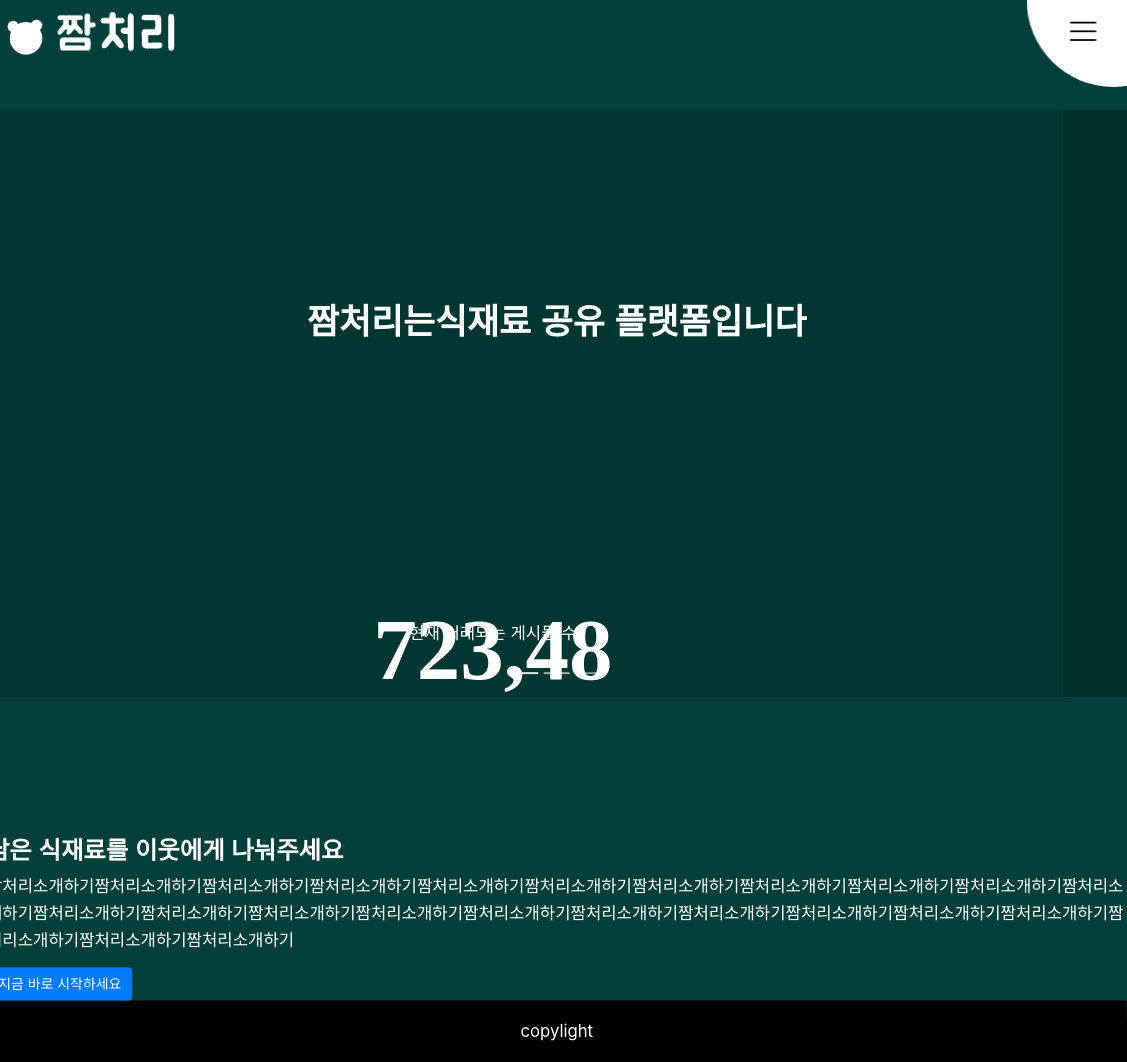
Repository: navang/JJAM_project
Page: http://localhost/jjam/jjam_intro.jsp
These files come from the project's save history. The page is drawn as it stood at one moment and after the next save; the edit follows.
The browser window is 1280 px wide. The page is 1295 px wide, so the pictures cover 1295 px, including what lies to the right of the window. The pictures show the whole page, at 87% of full size.
Some web fonts or font styles are not loaded; a fallback is used. Some web libraries are served in a nearby version. The page is served by Tomcat 9. Nobody is signed in. The application's start-up code is not run. Other server files are loaded and not shown.

Above is the page before, as saved 2019-07-18 06:38:31.

### jjam/src/main/webapp/jjam_intro.jsp
<%@ page language="java" contentType="text/html; charset=UTF-8"
    pageEncoding="UTF-8"%>
<!DOCTYPE html>

<style>
</style>
<head>
    <meta charset="UTF-8">
    <meta name="viewport" content="width=device-width, initial-scale=1.0">
    <meta http-equiv="X-UA-Compatible" content="ie=edge">

    <link rel="stylesheet" href="https://stackpath.bootstrapcdn.com/bootstrap/4.3.1/css/bootstrap.min.css"
        integrity="sha384-ggOyR0iXCbMQv3Xipma34MD+dH/1fQ784/j6cY/iJTQUOhcWr7x9JvoRxT2MZw1T" crossorigin="anonymous">
    <script src="https://code.jquery.com/jquery-3.3.1.slim.min.js"
        integrity="sha384-q8i/X+965DzO0rT7abK41JStQIAqVgRVzpbzo5smXKp4YfRvH+8abtTE1Pi6jizo"
        crossorigin="anonymous"></script>
    <script src="https://cdnjs.cloudflare.com/ajax/libs/popper.js/1.14.7/umd/popper.min.js"
        integrity="sha384-UO2eT0CpHqdSJQ6hJty5KVphtPhzWj9WO1clHTMGa3JDZwrnQq4sF86dIHNDz0W1"
        crossorigin="anonymous"></script>
    <script src="https://stackpath.bootstrapcdn.com/bootstrap/4.3.1/js/bootstrap.min.js"
        integrity="sha384-JjSmVgyd0p3pXB1rRibZUAYoIIy6OrQ6VrjIEaFf/nJGzIxFDsf4x0xIM+B07jRM"
        crossorigin="anonymous"></script>
    <!-- https://getbootstrap.com/docs/4.3/getting-started/introduction/ 부트스트랩에서 가져옴-->


    <link rel="stylesheet" href="./resources/style/main.css">

    <link rel="stylesheet" href="./resources/style/index.css">

    <script src="https://kit.fontawesome.com/825d367943.js"></script>

</head>

<body>
<label>
    <img id="logo" style="width: 60px; height: 60px; position:fixed;" src="./resources/image/character.png" alt=""><img style="margin-left: 60px; position:fixed;" src="./resources/image/JJCR_white1.png">
</label>

    <label>
        <input type="checkbox"></input>
        <span class="menu">
          <span class="hamburger"></span>
        </span>
        <ul>
          <li>
            <a href="#">Home</a>
          </li>
          <li>
            <a href="#">About</a>
          </li>
          <li>
            <a href="#">Work</a>
          </li>
          <li>
            <a href="#">Login</a>
          </li>
        </ul>
      </label>






    <!--------------------------------------------------------------->

<div class="row"> <!--전체화면 분할-->
    <div class=""></div> <!-- 상단 navbar로 인한 공백-->
    <div class=""><!-- carousel 칸-->
            <div class="carousel slide " id="myCarousel" data-ride="carousel">
                    <div class="carousel-inner">

                            <div class="carousel-item active " style="width: 100%">
                                    <img class=""  src="./resources/image/hidden.png" alt="">
                                <div  class="carousel-caption">
                                        <h1 class="bigfont">723,48</h1>
                                        <p style="font-size: 100%">현재 거래되는 게시물 수</p>
                                </div>
                            </div>
                            <div class="carousel-item">
                                    <img class=""src="./resources/image/hidden.png" alt="">
                                    <div class="carousel-caption">
                                            <h1 class="bigfont">1,000</h1>
                                            <h1 style="font-size: 100%">절약한 음식물쓰레기 비용</h1>
                                    </div>
                                </div>
                                 <div class="carousel-item w">
                                        <img class=""  src="./resources/image/hidden.png" alt="">
                                <div class="carousel-caption">
                                        <h1 class="bigfont">디비값</h1>

                                        <h1 style="font-size: 100%">설명</h1>
                                </div>
                            </div>
                        </div>
                    <!-- 좌우 버튼 -->

                    <ul class="carousel-indicators">
                            <li class="active" data-target="#myCarousel" data-slide-to="0"></li>
                            <li data-target="#myCarousel" data-slide-to="1"></li>
                            <li data-target="#myCarousel" data-slide-to="2"></li>
                        </ul>
                 </div>

    </div>

    <!-- ----------------------------- 본문 ------------------------------------------------>





    <!---------------------------------->
<div >
        <div >

             <div><h1>짬처리는식재료 공유 플랫폼입니다</h1></div>

             <div class=""><h3>남은 식재료를 이웃에게 나눠주세요</h3></div>

             <div class=""><p>짬처리소개하기짬처리소개하기짬처리소개하기짬처리소개하기짬처리소개하기짬처리소개하기짬처리소개하기짬처리소개하기짬처리소개하기짬처리소개하기짬처리소개하기짬처리소개하기짬처리소개하기짬처리소개하기짬처리소개하기짬처리소개하기짬처리소개하기짬처리소개하기짬처리소개하기짬처리소개하기짬처리소개하기짬처리소개하기짬처리소개하기짬처리소개하기</p></div>

             <button class="btn btn-primary" type="button">지금 바로 시작하세요 </button><!--다음페이지 링크 버튼-->



            </div>

            <div class="footer">copylight</div>

   </div>
   <!------------------------------------------------------------------------------>

  </div>

</body>


</html>

### jjam/src/main/webapp/resources/style/main.css
@charset "utf-8";

@font-face {
    font-family: NanumSquareR;
    src: url(../font/NanumSquareR.woff) format('woff');
}

@font-face {
    font-family: NanumSquareL;
    src: url(../font/NanumSquareL.woff) format('woff');
}

@font-face {
    font-family: NanumSquareB;
    src: url(../font/NanumSquareB.woff) format('woff');
}





/* background*/


h1, h2, h3, h5, p {
    font-family: NanumSquareR, sans-serif;
    font-weight: 500;
    color: white;
}
h4{
    font-family: NanumSquareR, sans-serif;
    font-weight: 500;
    color: black;
}

h1, h2, h3 {
    margin-top: 10px;
    margin-bottom: 10px;
    font-weight: 700;
}

body{

    background: #033f3b;
}

#top_navbar {
    background: rgba(0,0,0,0.7);
}
#top_navcolor {
    background-color: #147b6b;
}

#top_navbar-nav > li > a {
    padding-top: 20px;
    padding-bottom: 20px;
}

.separator {
    background: #59e;
    margin-top: 80px;
    padding: 21px;
    text-align: center;
    color: #fff;
}

.red {
    background: #fcc;
    border: #eaa solid 4px;
}

.yellow {
    background: #f6f6c0;
    border: #dd7 solid 4px;
}


.green {
    font:white;
    background: #147b6b;

}

.bluegreen {
    background: #aee;
    border: #8dd solid 4px;
}

.blue {
    background: #bcf;
    border: #9ae solid 4px;
}



/*  풀어주기   */
.map-custom{
	width:700px;
	height:700px;
	position:relative;
	overflow:hidden;
	margin-left: 80px;
	border-radius:30px;
}

.carousel-item{
    width: 100%;
    height: 700px;
}

.bigfont{
	text-align:center;
	font-size: 100px;
    color: black;
    font-family: NanumSquareL;
    src: url(../font/NanumSquareL.woff) format('woff');

}

.carousel-caption * {
    color: white;

}
.white-text {
    color: white;
}
.row{
     display : grid;
     grid-template-columns: 100%;
     grid-template-rows: 70px 850px 100px ;
}
.mypage{
	display: grid;
	  grid-template-columns: 20% 60% 20%;
     grid-template-rows: 400px 1400px ;
}
.mypage-columns{
	display:grid;
	  grid-template-columns: 30% 70%;
 	text-align: center;

}
.mypage-rows{
	display:grid;
	  grid-template-rows: 30% 70%;


}
/* 햄버거*/
.ham{
	width:100px;
}

/* 2_search 페이지 */
.search{
    display : grid;
    grid-template-columns: 25% 50% 25%;
    grid-template-rows: 100px 300px 40px 50px 20px;
}
.search-grid {

    display : grid;
    text-align: center;
    grid-template-columns: 20% 20% 20% 20% 20%;
    grid-template-rows: 100px 100px 100px 100px 100px;
}
/* 3 form*/
/* 전체화면 분할*/
.modal-form{
    display : grid;
    grid-template-columns: 15% 70% 15%;
    grid-template-rows: 60px 500px ;

}
/* 가운데화면 분할*/
.modal-form-grid{
    display : grid;
    grid-template-columns: 60% 40%;
    grid-template-rows: 60px 100%;

}
/* */
.modal-inner-grid{
    display : grid;
    grid-template-columns: 50% 50%;

}

.modal-size{
    position: absolute;


}
/* modal fullsize*/
.modal-dialog.modal-fullsize {
    width: 150%; height: 100%; margin: 0; padding: 0;
}
.modal-content.modal-fullsize {
    height: auto;
    min-height: 100%;
    border-radius: 0;
  }


/* info modal img*/
.img-chatmodal{
    width:1900px;
    height: 950px;
    background-image:url('../image/chatbot_modal.png');
}

/*게시물 리스트*/
.form-list {
    display: grid;
    grid-template-columns:3% 20% 3% 74%;
    padding: 10px;
}


/* 5*5 그리드 */
#grid{
    display: grid;
    text-align: center;
    grid-template-columns:150px 150px 150px 150px 150px 150px;
}
/* 메인 1 페이지  */
.wrapper {
    display: grid;
    grid-template-columns: 5% 55% 40% ;
    grid-template-rows: 100px 7px 100px 30px 100px 100px 30px 100px 100px;
}

/* 4 login form*/
.login{
    display : grid;
    grid-template-columns: 30% 800px 27%;
    grid-template-rows: 100px 800px ;
}
.login-set{
    color : #1f0a01;
    background-color: white;
    border-radius: 15px;
    display:grid;
    grid-template-rows: 80px 380px 300px 40px;
    text-align: center;

}
.login-set.login-form{
    display: grid;
    grid-template-columns:240px 320px 240px;
    grid-template-rows: 100px 100px 100px ;

}
.design-border{
    border: silver solid 2px;
}

/* 7_result*/
.result-form{
    display: grid;
     grid-template-columns: 15% 70% 15%;
    grid-template-rows: 200px 300px 300px ;
}
.result-form-item{
	display:grid;
	  text-align:center;
	  grid-template-columns:100%;

}
.result-form-item-line{
	 background:white;
 	text-align:center;
	  border-radius: 50px;
	  width:73%;
	  height:3px;
	  margin-left:180px;

}
.result-button{
	width:100px;
	height:40px;
	border-radius:30px;
	background:white;

}
/* footer*/
.footer {
    left: 0;
    bottom: 0;
    width: 100%;
	padding: 20px 0;
	text-align: center;
	color: white;
	background:  black;
}
.card {
  height: 30%;
}
.card-columns {
    @include media-breakpoint-only(lg) {
      column-count: 4;
    }
    @include media-breakpoint-only(xl) {
      column-count: 5;
    }
  }
@media (max-width:640px) {
    .bigfont{
        font-size: 700%;
    }
    .search{
        display : grid;
        grid-template-columns: 0px 100% 0px;
        grid-template-rows: 100px 600px 30px 30px 20px ;
    }
      /* 5*5 그리드 */
    #grid{
    display: grid;
    text-align: center;
    grid-template-columns:160px 160px 160px;
}

    .wrapper {
    display: grid;
    grid-template-columns: 5% 90% 5% ;
    grid-template-rows: 100px 60px 30% 30px 70px 100px 100px 100px 10px;
    }
    .search-grid {

        display : grid;
        text-align: center;
        grid-template-columns: 25% 25% 25% 25%;
        grid-template-rows: 50px  50px  50px 50px  50px  50px;
    }


    .mypage{
	display: grid;
	  grid-template-columns: 100%;
     grid-template-rows: 0px  0px   170px  0px   500px;
}
.mypage-columns{
	display:grid;
	 grid-template-columns: 100%;
		  grid-template-rows: 400px 50%;

}
.mypage-rows{
	display:grid;

		  grid-template-template: 100%;
		   grid-template-rows: 60% 40%;
}
.mypage-menu{
	display:grid;

		  grid-template-rows: 25% 25% 25% 25%;
}


    /*챗 모달 사용설명서*/
    .img-chatmodal{
        width:640px;
        height: 950px;
        background-image:url('../image/chatbot_modal_mobile.png');

    }
    /* modal fullsize*/
    .modal-dialog.modal-fullsize {
    width: 100%; height: 100%; margin: 0; padding: 0;
    }
    .modal-content.modal-fullsize {
    height: auto;
    min-height: 100%;
    border-radius: 0;
  }
    /* 가운데화면 분할*/
    .modal-form-grid{
    display : grid;
    grid-template-columns: 100%;
    grid-template-rows: 30px 30px 440px;

    }
    .modal-inner-grid{
        display : grid;
        grid-template-columns: 100%;

    }
    /* 4 login form*/
    .login{
    display : grid;
    grid-template-columns: 0px 640px 0px;
    grid-template-rows: 50px 640px ;
}
.result-form{
    display: grid;
     grid-template-columns: 0% 100% 0%;
    grid-template-rows: 100px 700px 100px ;
}
.ham{
	width:100px;
}
/* footer*/
.footer {
    left: 0;
    bottom: 0;
    width: 100%;
	padding: 20px;
	text-align: center;
	color: white;
	background:  black;
}


}

### jjam/src/main/webapp/resources/style/index.css
@import url('https://fonts.googleapis.com/css?family=Cutive+Mono');
*, *:before, *:after {
  box-sizing: border-box;
}

body {

  font-size: 1.2em;
  line-height: 1.6;

  overflow-x: hidden;
}
label .menu {
  position: fixed;
  right: -100px;
  top: -100px;
  z-index: 100;
  width: 200px;
  height: 200px;
  background: #fff;
  border-radius: 50% 50% 50% 50%;
  transition: 0.5s ease-in-out;
  box-shadow: 0 0 0 0 #fff, 0 0 0 0 #fff;
  cursor: pointer;
}
label .hamburger {
  position: absolute;
  top: 135px;
  left: 50px;
  width: 30px;
  height: 2px;
  background: #000;
  display: block;
  transform-origin: center;
  transition: 0.5s ease-in-out;
}
label .hamburger:after, label .hamburger:before {
  transition: 0.5s ease-in-out;
  content: "";
  position: absolute;
  display: block;
  width: 100%;
  height: 100%;
  background: #000;
}
label .hamburger:before {
  top: -10px;
}
label .hamburger:after {
  bottom: -10px;
}
label input {
  display: none;
}
label input:checked + .menu {
  box-shadow: 0 0 0 100vw #fff, 0 0 0 100vh #fff;
  border-radius: 0;
}
label input:checked + .menu .hamburger {
  transform: rotate(45deg);
}
label input:checked + .menu .hamburger:after {
  transform: rotate(90deg);
  bottom: 0;
}
label input:checked + .menu .hamburger:before {
  transform: rotate(90deg);
  top: 0;
}
label input:checked + .menu + ul {
  opacity: 1;
}
label ul {
  z-index: 200;
  position: absolute;
  top: 50%;
  left: 50%;
  transform: translate(-50%, -50%);
  opacity: 0;
  transition: 0.25s 0s ease-in-out;
}
label a {
  margin-bottom: 1em;
  display: block;
  color: #000;
  text-decoration: none;
}
h1 {
  position: absolute;
  top: 50%;
  left: 50%;
  transform: translate(-50%, -50%);
  width: 80%;
  text-align: center;
}

After the next save:
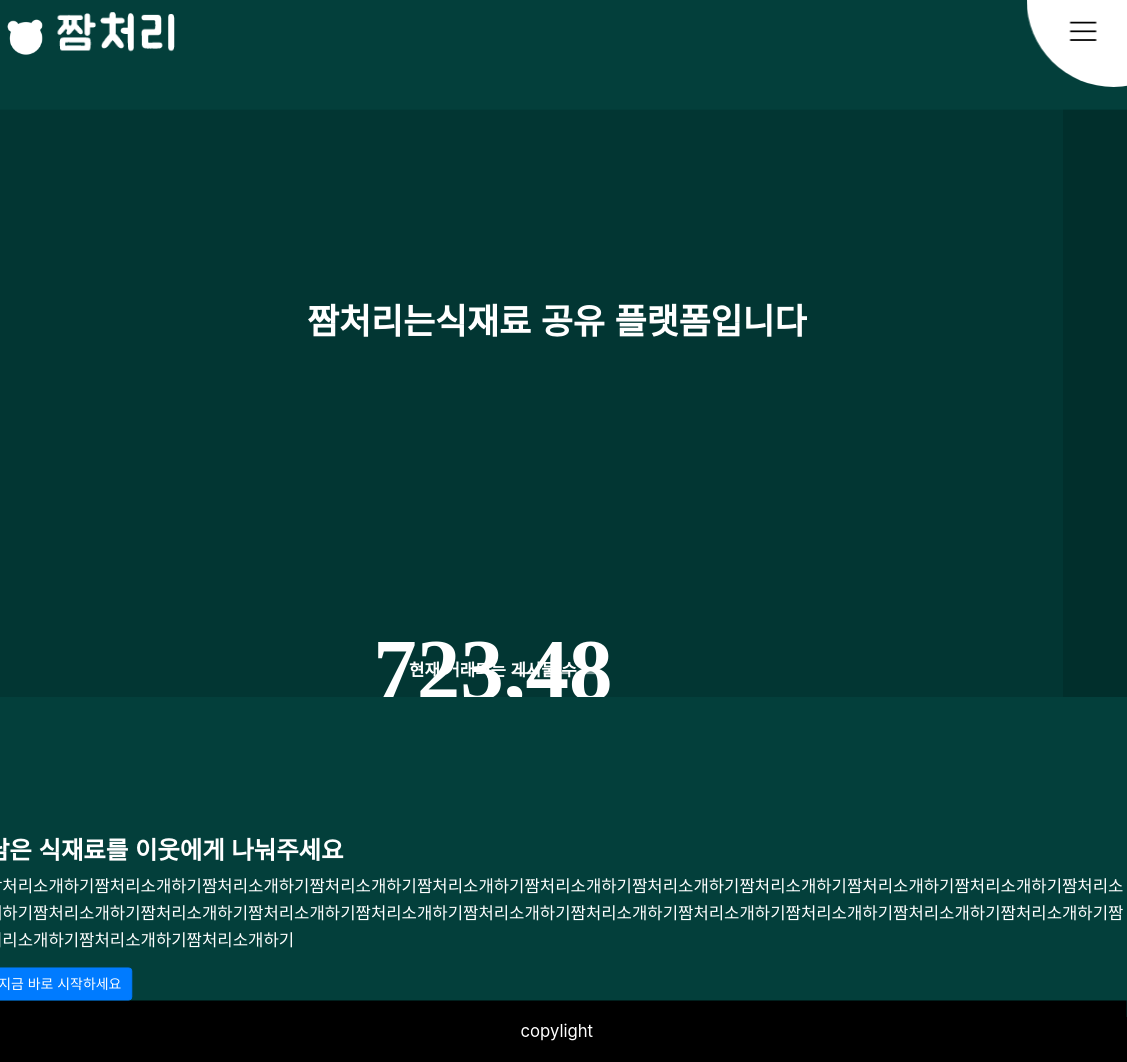
Saved 12 s later.
--- a/jjam/src/main/webapp/jjam_intro.jsp
+++ b/jjam/src/main/webapp/jjam_intro.jsp
@@ -74,7 +74,7 @@
                                     <img class=""  src="./resources/image/hidden.png" alt="">
                                 <div  class="carousel-caption">
                                         <h1 class="bigfont">723,48</h1>
-                                        <p style="font-size: 100%">현재 거래되는 게시물 수</p>
+                                        <h1 style="font-size: 100%">현재 거래되는 게시물 수</h1>
                                 </div>
                             </div>
                             <div class="carousel-item">
